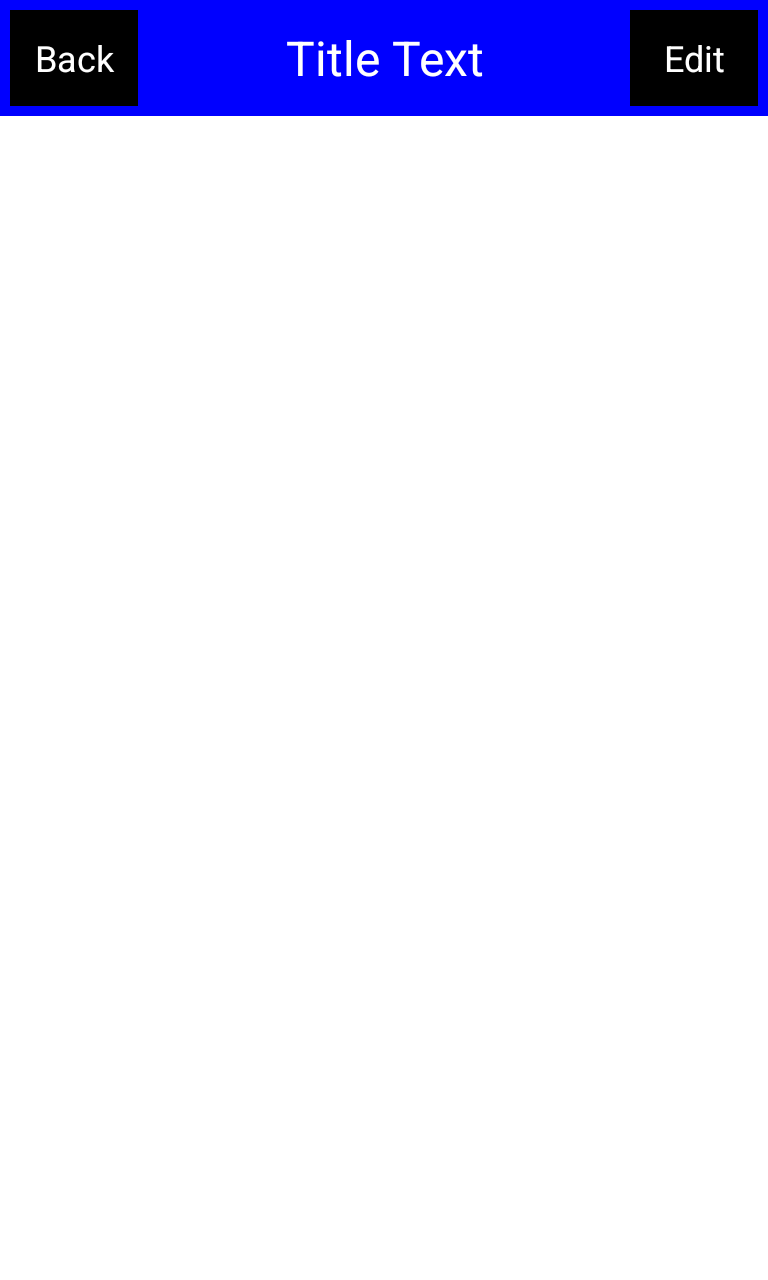
Repository: Wang-Xuan/Hello-World
Layout: UICustomViews/res/layout/activity_main.xml
An editor plug-in stored every save of this project. The layout is shown before and after the next save, followed by the edit.
Pictures or frames that could not be fetched are drawn as grey boxes. It is drawn on a 768 x 1280 px phone screen (xhdpi) without system bars, with theme AppTheme; the app's code is not run.

Above is the layout before, as saved 2014-12-08 10:02:19.

After the next save:
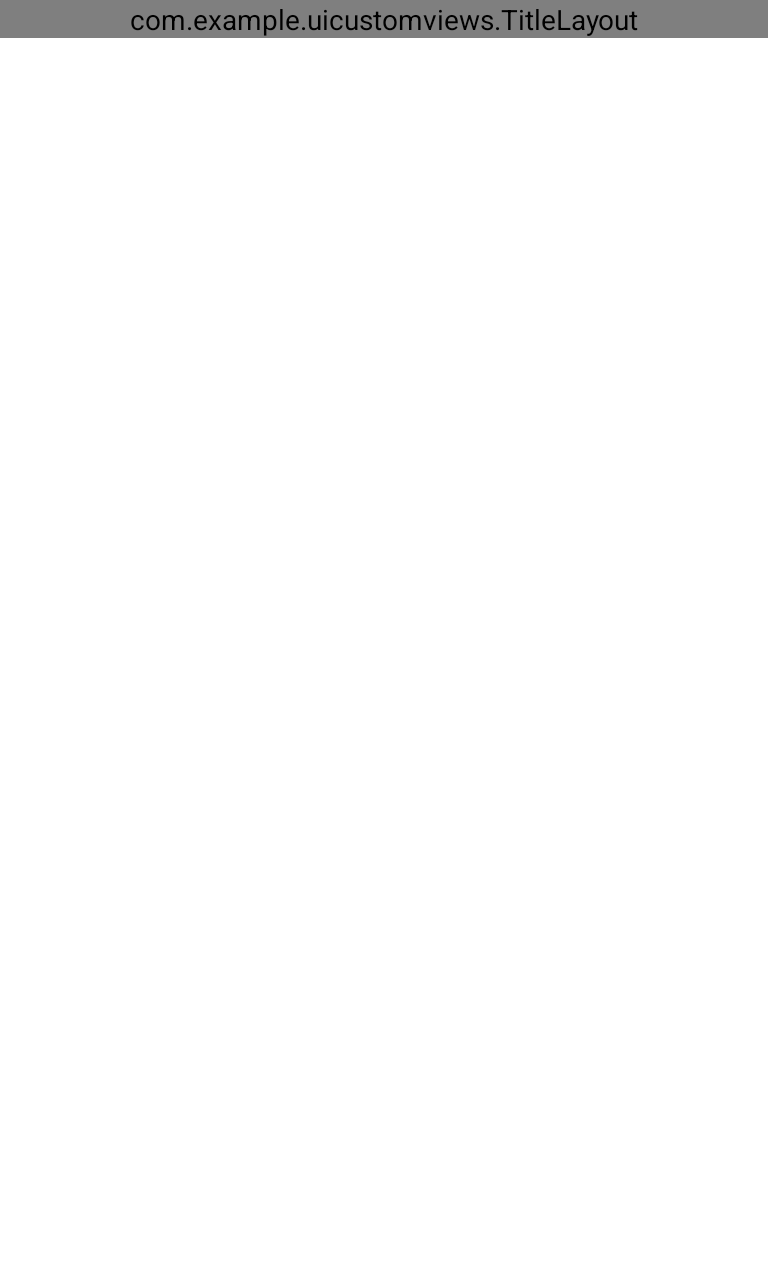
Saved 54 s later.
--- a/UICustomViews/res/layout/activity_main.xml
+++ b/UICustomViews/res/layout/activity_main.xml
@@ -2,7 +2,7 @@
     android:layout_width="match_parent"
     android:layout_height="match_parent" >
 
-    <include layout="@layout/title" />
+
 
     <com.example.uicustomviews.TitleLayout
         android:layout_width="match_parent"
